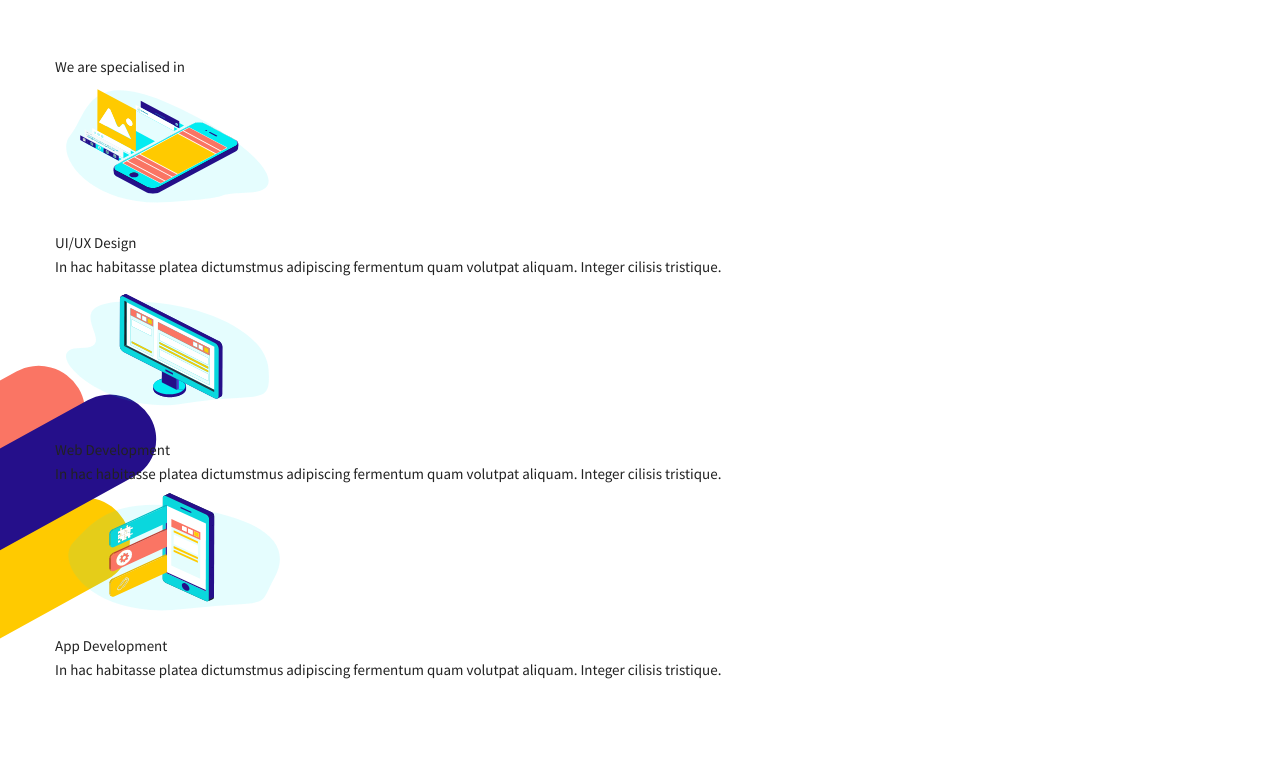
Repository: advert31337/marafon_from0to1_MartaUP
Page: index.html
An editor plug-in stored every save of this project. The page is shown before and after the next save, followed by the edit.
The browser window is 1280 px wide. The pictures show the part of the page from y = 793 to 1589 px (the page is 1568 px tall before and 1589 px after).

Above is the page before, as saved 2020-03-07 20:40:05.

After the next save:
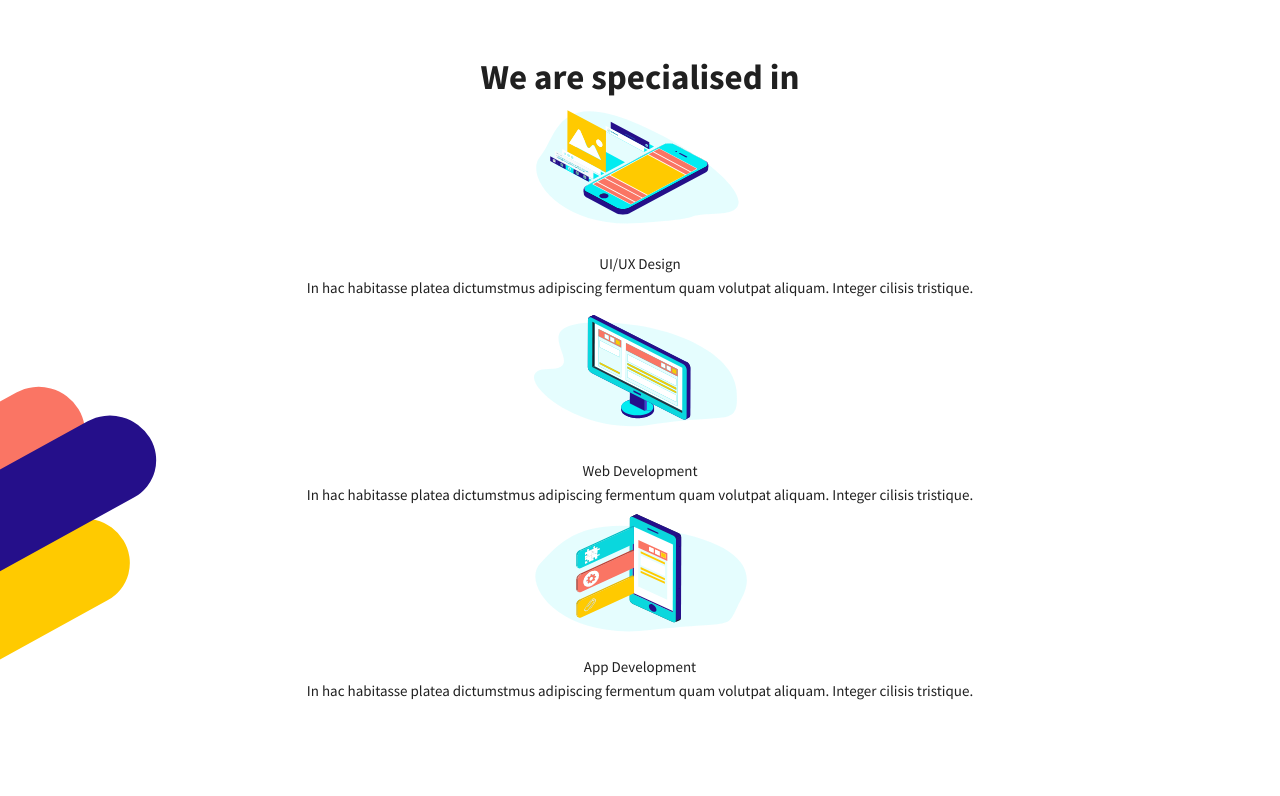
Saved 2 min 51 s later.
--- a/css/style.css
+++ b/css/style.css
@@ -141,12 +141,17 @@ a {
     background-image: url(../images/special-bg.svg);
     background-position: left bottom;
     background-repeat: no-repeat;
-
+    color: #202020;
+    text-align: center;
 }
 
 .specialised__title {
 }
 .title {
+    font-size: 35px;
+    line-height: 45px;
+    font-weight: 700;
+    text-align: center;
 }
 
 .specialised__items {
